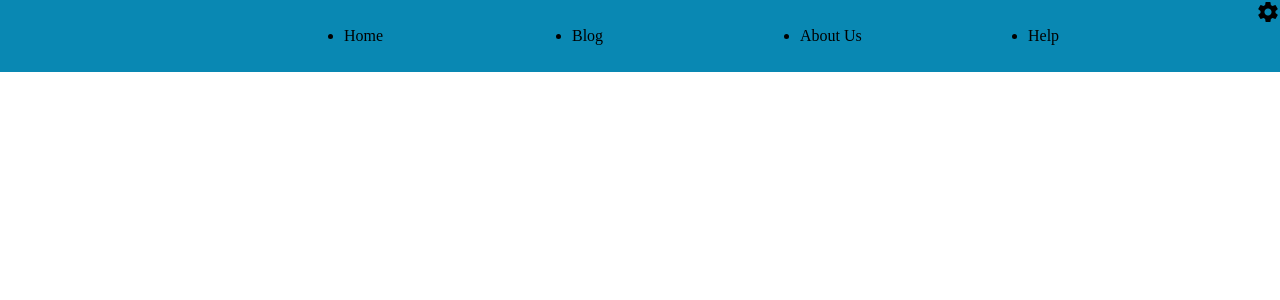
Repository: rockymalubay/Collab1
Page: index.html
The author's editor kept a copy of each file at every save. The page is drawn from the files as they stood at one save, then again after the next save.
The browser window is 1280 px wide. The pictures show the whole page.

Above is the page before, as saved 2020-02-13 14:37:15.

After the next save:
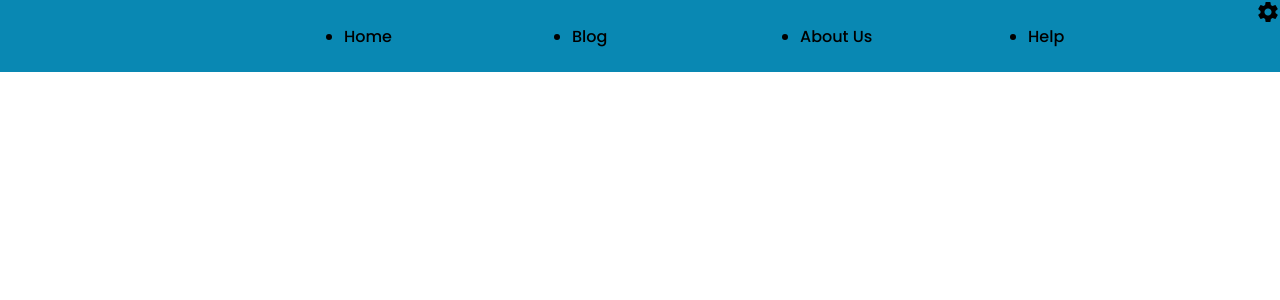
Saved 15 s later.
--- a/header.css
+++ b/header.css
@@ -23,7 +23,7 @@
 }
 
 .menu {
-    text-decoration: none;
+    font-family: 'Poppins', sans-serif;
     flex: 1;
 
 }
